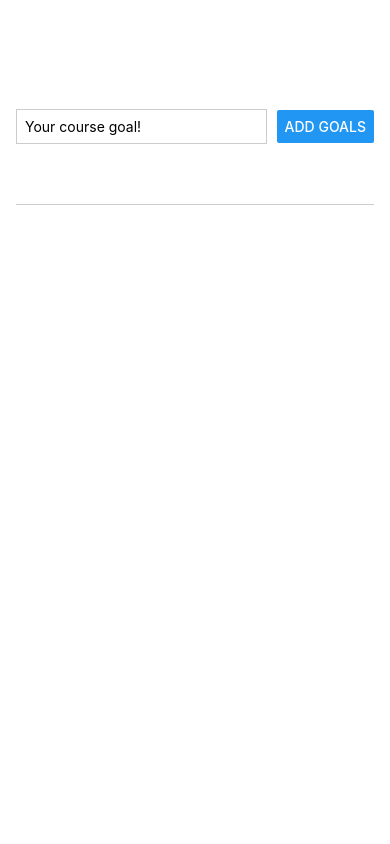
Repository: vanh1604/Todo-List
Screen: /, after clicking the first element matching `button.css-view-175oi2r`
An editor plug-in stored every save of this project. The screen is shown before and after the next save, followed by the edit.
The app was drawn by React Native's web renderer in a window 390 px wide. The project was rebuilt for these pictures with package versions that can differ from the ones it lists, and the page was loaded fresh each time.

Above is the screen before, as saved 2023-06-16 15:58:33.

After the next save:
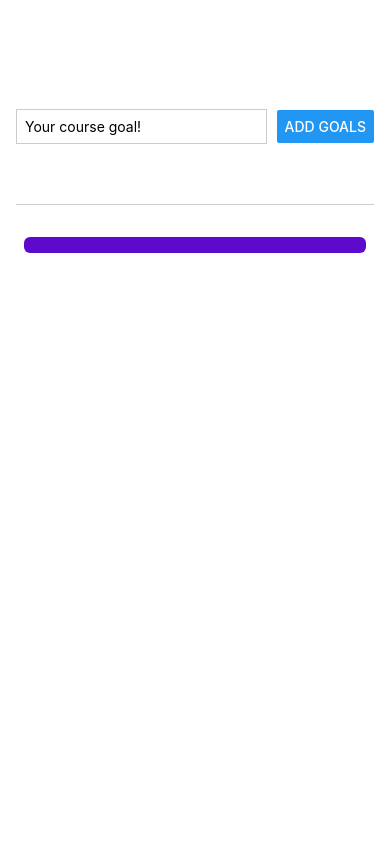
Saved 27 s later.
--- a/App.js
+++ b/App.js
@@ -25,7 +25,9 @@ export default function App() {
       </View>
       <View style={styles.goalsContainer}>
         {courseGoals.map((goal) => (
-          <Text key={goal}>{goal}</Text>
+          <Text style={styles.goalItem} key={goal}>
+            {goal}
+          </Text>
         ))}
       </View>
     </View>
